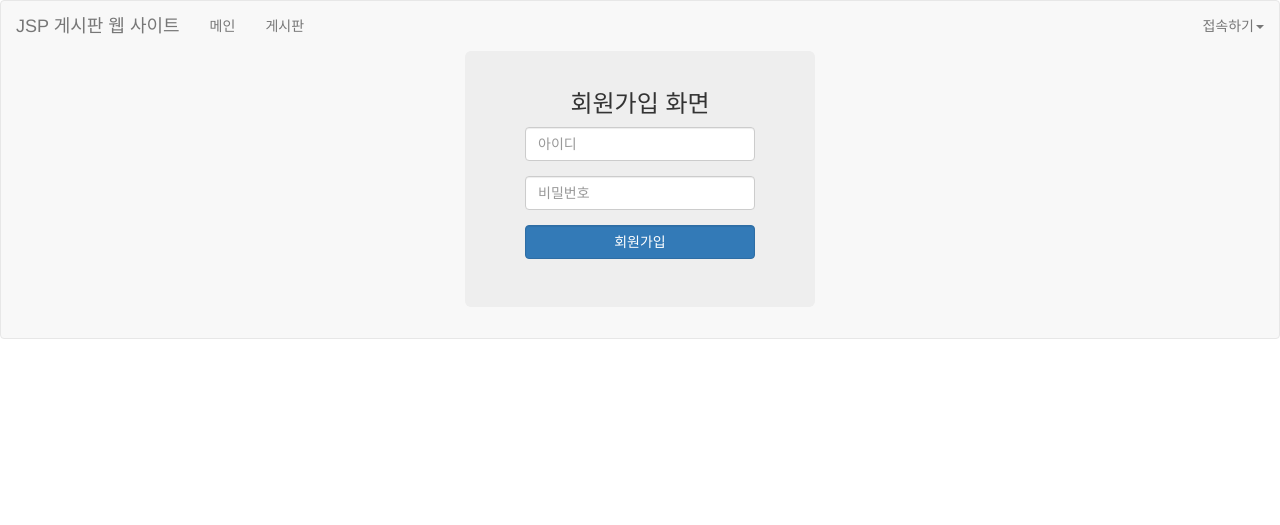
Repository: hanseu9839/BbsJSP
Page: http://localhost/BBS/join.jsp
These files come from the project's save history. The page is drawn as it stood at one moment and after the next save; the edit follows.
The browser window is 1280 px wide. The pictures show the whole page.
The page is served by Tomcat 9.

Above is the page before, as saved 2021-05-02 11:13:39.

After the next save:
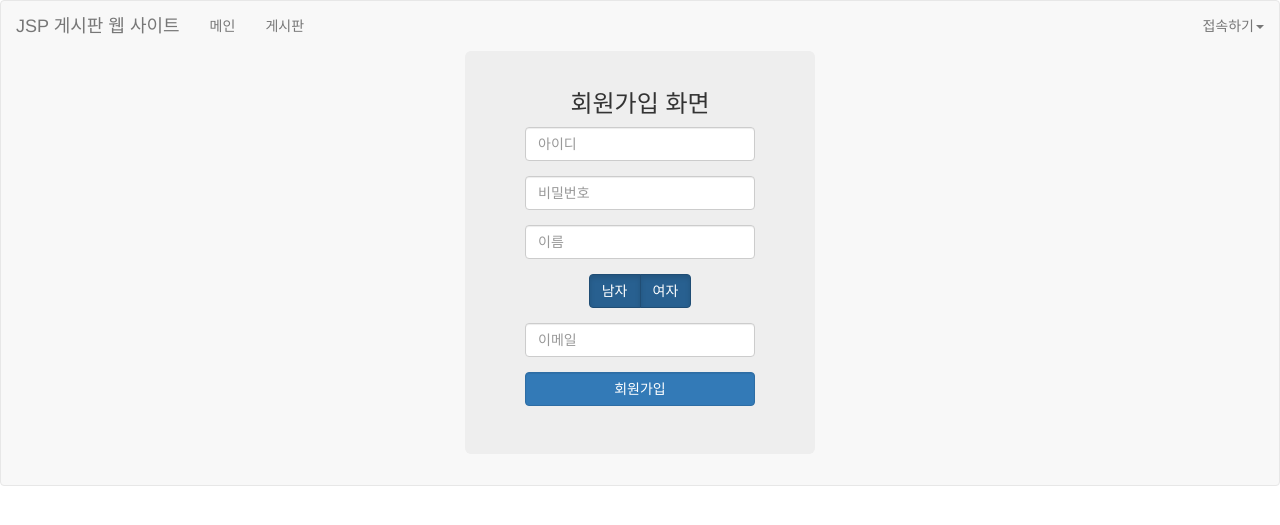
Saved 10 min 58 s later.
--- a/BBS/src/main/webapp/join.jsp
+++ b/BBS/src/main/webapp/join.jsp
@@ -42,14 +42,31 @@
          <div class="col-lg-4"></div>
          <div class="col-lg-4">
             <div class="jumbotron" style="padding-top:20px;">
-            <form method="post" action="loginAction.jsp">
+            <form method="post" action="joinAction.jsp">
                   <h3 style="text-align: center;">회원가입 화면</h3>
                   <div class="form-group">
                      <input type="text" class="form-control" placeholder="아이디" name="userID" maxlength="20">
                   </div>
-                  <div class="form-group">
+                   <div class="form-group">
                      <input type="password" class="form-control" placeholder="비밀번호" name="userPassword" maxlength="20">
                   </div>
+                  <div class="form-group" >
+                     <input type="text" class="form-control" placeholder="이름" name="userName" maxlength="20">
+                  </div>
+                  <div class="form-group" style="text-align: center;">
+                     <div class="btn-group" data-toggle="buttons">
+                     	<label class = "btn btn-primary active">
+                     		<input type="radio" name="userGender" autocomplete="off" value="남자" checked>남자
+                     	</label>
+                     	<label class = "btn btn-primary active">
+                     		<input type="radio" name="userGender" autocomplete="off" value="여자" checked>여자
+                     	</label>
+                     </div>
+                  </div>
+                   <div class="form-group" >
+                     <input type="email" class="form-control" placeholder="이메일" name="userEmail" maxlength="20">
+                  </div>
+
                   <input type="submit" class="btn btn-primary form-control" value="회원가입">
             </form>
          </div>
